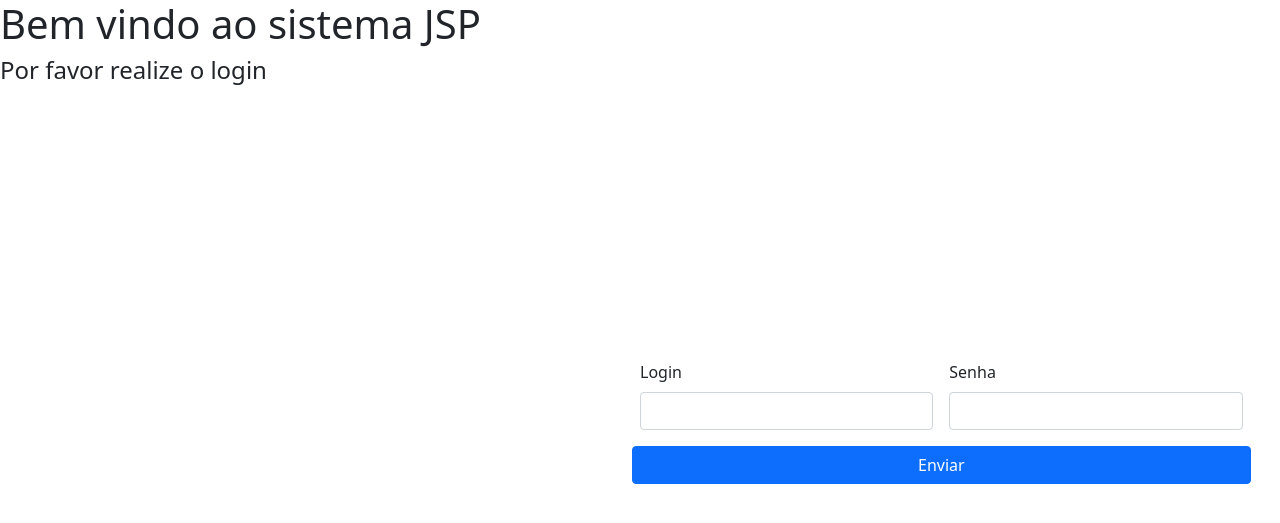
Repository: EduCarmo/PROJETO_JAVA-JSP_JDBC_SQL_JAVA
Page: http://localhost/curso-jsp/principal/navbar.jsp
These files come from the project's save history. The page is drawn as it stood at one moment and after the next save; the edit follows.
The browser window is 1280 px wide. The pictures show the whole page.
The page is served by Tomcat 10. Other server files are loaded and not shown.

Above is the page before, as saved 2024-03-13 21:59:28.

### curso-jsp/src/main/webapp/index.jsp
<%@ page language="java" contentType="text/html; charset=UTF-8"
	pageEncoding="UTF-8"%>
<!DOCTYPE html>
<html lang="pt-BR">
<head>
<meta charset="UTF-8">
<meta name="viewport" content="width=device-width, initial-scale=1">

<link
	href="https://cdn.jsdelivr.net/npm/bootstrap@5.0.2/dist/css/bootstrap.min.css"
	rel="stylesheet"
	integrity="sha384-EVSTQN3/azprG1Anm3QDgpJLIm9Nao0Yz1ztcQTwFspd3yD65VohhpuuCOmLASjC"
	crossorigin="anonymous">

<title>Curso JSP</title>

<style type="text/css">

form{
	position: absolute;
	top: 50%;
	left: 50%;

}

</style>

</head>
<body>

	<h1>Bem vindo ao sistema JSP</h1>

	<form action="ServletLogin" method="post" class="row g-3">

		<input type="hidden" value="<%=request.getParameter("url")%>"
			name="url">

		<div class="col-md-6">
			<label class="form-label">Login</label>
			<input name="login" type="text" class="form-control">
		</div>

		<div class="col-md-6">
			<label class="form-label">Senha</label>
			<input name="senha" type="password" class="form-control">
		</div>

		<input type="submit" value="Enviar" class="btn btn-primary">
	</form>

	<h4>${msg}</h4>

	<script
		src="https://cdn.jsdelivr.net/npm/bootstrap@5.0.2/dist/js/bootstrap.bundle.min.js"
		integrity="sha384-MrcW6ZMFYlzcLA8Nl+NtUVF0sA7MsXsP1UyJoMp4YLEuNSfAP+JcXn/tWtIaxVXM"
		crossorigin="anonymous"></script>

</body>
</html>

After the next save:
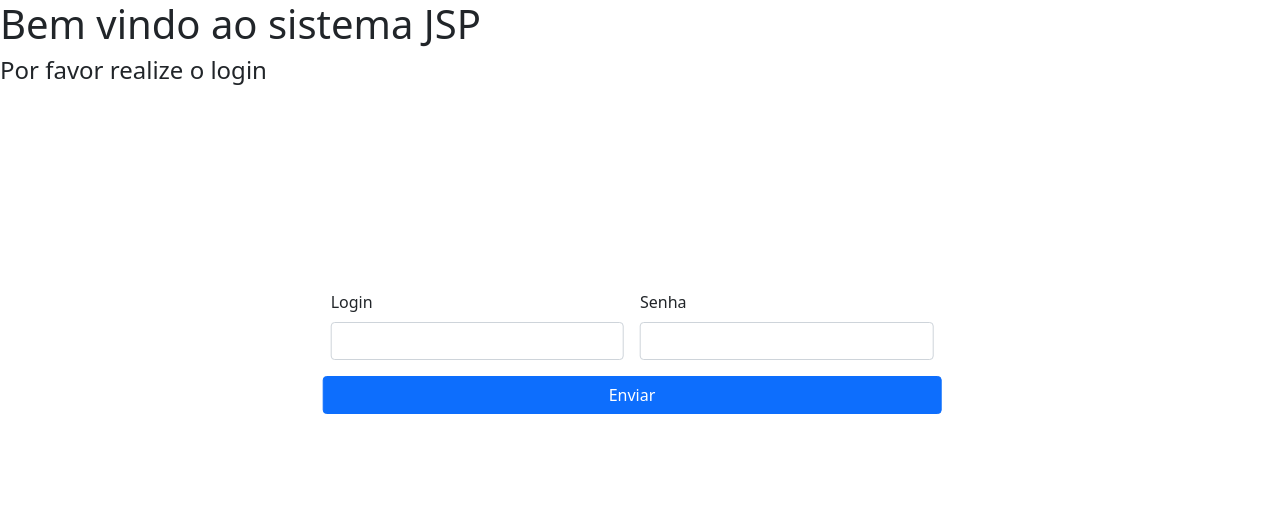
Saved 3 min 32 s later.
--- a/curso-jsp/src/main/webapp/index.jsp
+++ b/curso-jsp/src/main/webapp/index.jsp
@@ -20,6 +20,7 @@ form{
 	position: absolute;
 	top: 50%;
 	left: 50%;
+	transform: translate(-50%,-50%);
 
 }
 
